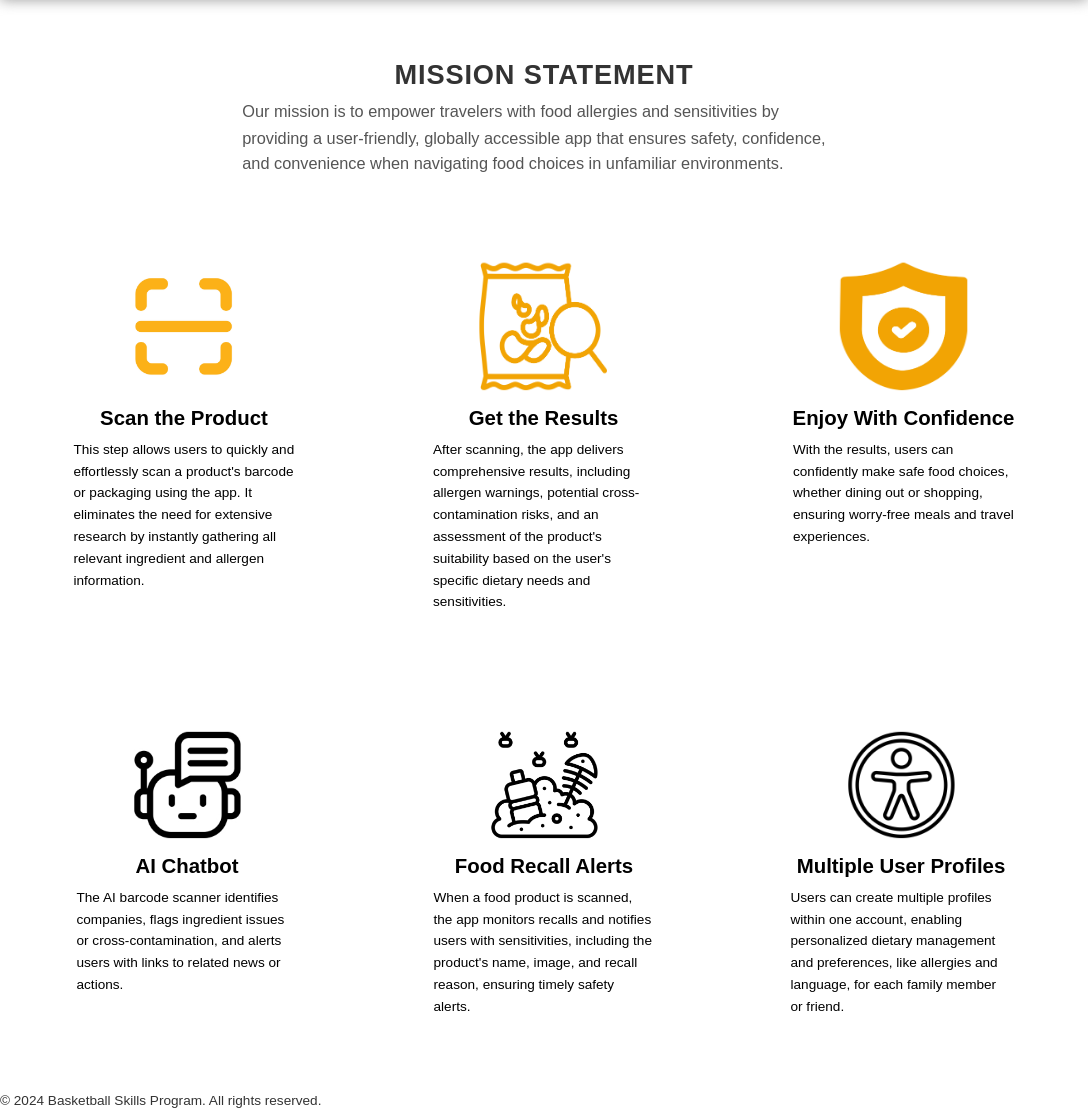
Repository: GavinPahal/landingpage
Page: /
These files come from the project's save history. The page is drawn as it stood at one moment and after the next save; the edit follows.
The browser window is 1280 px wide. The pictures show the part of the page from y = 720 to 2024 px (the page is 2024 px tall before and 1995 px after), at 85% of full size.
The project was rebuilt for these pictures with package versions that can differ from the ones it lists, and the page was loaded fresh each time. The framework's server and built-in components were replaced by stand-ins that run in the browser. Also part of the build but not shown: next.config.mjs.

Above is the page before, as saved 2024-11-28 17:59:51.

### pages/_app.js
// pages/_app.js
import "@/styles/globals.css"; // Import the global CSS file

function MyApp({ Component, pageProps }) {
  return <Component {...pageProps} />;
}

export default MyApp;

### pages/index.js
// pages/index.js
import Hero from "../components/Hero";
import Features from "../components/Features";
import Footer from "../components/Footer";
import Product from "../components/Product"

export default function Home() {
  return (
    <div>
      <Hero />
      <Features />
      <Product />
      <Footer />
    </div>
  );
}

### styles/globals.css
/* Global Styles */
* {
  margin: 0;
  padding: 0;
  box-sizing: border-box;
}

body {
  font-family: Arial, sans-serif;
  color: #333;
  overflow-x: hidden; /* Prevent horizontal overflow */
}

/* Hero Section */
.hero {
  display: flex; /* Use flexbox to align elements */
  position: relative;
  height: 100vh;
  width: 100%; /* Ensure the hero section spans the full width */
  background-color: #2d2d2d; /* Dark background to contrast with the image */
}

.imageWrapper {
  position: relative;
  width: 100%; /* Left side takes full width */
  height: 100%;
}

.imageContainer {
  position: absolute;
  top: 0;
  left: 0;
  width: 100%;
  height: 100%;
  filter: blur(8px); /* Add blur effect to the image */
  object-fit: cover;
}

.overlay {
  position: absolute;
  top: 0;
  left: 0;
  width: 100%;
  height: 100%;
  background: rgba(0, 0, 0, 0.6); /* Dark overlay to ensure text stands out */
  color: white;
  display: flex;
  flex-direction: column;
  justify-content: center;
  align-items: flex-start;
  padding: 60px 40px; /* Increased padding for more space */
  text-align: left;
}

.heroTitle {
  display: flex;
  align-items: center; /* Align logo and title horizontally */
  margin-bottom: 40px; /* Space between title and the rest of the content */
  position: relative; /* Allow positioning adjustments */
  top: -80px; /* Move the logo and title even higher */
}

.heroTitle img {
  margin-right: 20px; /* Add space between logo and title */
}

.heroTitle h1 {
  font-size: 2rem; /* Bigger font for app name */
  font-weight: bold;
  color: #ffffff; /* Bright color to stand out */
  text-transform: uppercase;
}

.tagline {
  font-size: 5rem; /* Make "BEST NATURE APP" 5rem */
  font-weight: bold;
  margin-bottom: 0; /* Remove extra space between the lines */
  color: #ffffff; /* Striking color */
  text-shadow: 3px 3px 5px rgba(0, 0, 0, 0.8); /* Enhanced text visibility */
  line-height: 1.1; /* Adjust line-height to decrease space between lines */
  letter-spacing: 1.5px;
  display: block;
  max-width: 100%; /* Ensure text doesn't overflow */
}

.bestNature {
  display: block;
  font-size: 3rem; /* Adjust to smaller font size for the first part */
}

.appEver {
  display: block;
  margin-top: 0;
  font-size: 3rem;
}

.subTagline {
  font-size: 1.2rem;
  margin-top: 20px;
  margin-bottom: 40px;
  line-height: 1.6;
  max-width: 650px;
  color: white;
  letter-spacing: 0.5px;
  text-align: left;
}

.demoText {
  display: block;
  font-size: 1.4rem;
  font-weight: bold;
}

.natureText {
  display: block;
  font-size: 1.2rem;
  margin-top: 10px;
  font-style: italic;
  letter-spacing: 0.3px;
}

/* CTA Button */
.ctaButton {
  background-color: #00C9A2;
  color: #ffffff;
  padding: 15px 40px;
  font-size: 1.4rem;
  border: none;
  border-radius: 50px;
  text-align: center;
  margin-top: 60px;
  cursor: pointer;
  transition: background-color 0.3s, transform 0.3s;
  text-decoration: none;
}

.ctaButton:hover {
  background-color: #035343;
}

.ctaButton:focus {
  outline: none;
}

.rightImageWrapper {
  position: absolute;
  left: 62%;
  bottom: 20px;
  width: 400px;
  height: auto;
  z-index: 2;
  margin-top: 100px;
}

.rightImageContainer {
  position: relative;
  width: 100%;
  height: 100%;
}

.rightImageContainer img {
  width: 100%;
  height: auto;
  border-radius: 8px;
  object-fit: cover;
}

.features {
  padding: 50px 20px;
  text-align: center;
}
.features h2 {
  font-size: 2.5rem;
  font-weight: bold;
  color: #ffffff;
  margin-bottom: 30px;
  text-transform: uppercase;
  letter-spacing: 1px;
}

.infoCards {
  display: flex;
  flex-wrap: wrap;
  justify-content: space-around;
  gap: 30px;
  margin-bottom: 40px;
}

.card {
  text-align: center;
  margin: 0 auto; /* Ensure cards are centered */
}

.card:first-child { /* Target the first feature card */
  max-width: 400px; /* Restrict width for a cleaner layout */
  margin: 20px auto; /* Center the card horizontally and add spacing */
}

.card:first-child p {
  text-align: left; /* Center-align the text for the first card */
  max-width: 280x; /* Ensure text does not overflow the card */
  margin: 0 auto;
}

.card img {
  margin-bottom: 15px;
}

.card h3 {
  font-size: 1.5rem;
  font-weight: 600;
  color: #000000;
  margin-bottom: 10px;
}

.card p {
  font-size: 1rem;
  line-height: 1.6;
  color: #000000;
  max-width: 260px;
  margin: 0 auto;
  text-align: left;
}

.text1 {
  font-size: 1rem;
  line-height: 1.6;
  color: #000000;
  max-width: 250px;
  margin: 0 auto;
  text-align: left;
}

.text2 {
  font-size: 1rem;
  line-height: 1.6;
  color: #000000;
  max-width: 250px;
  margin: 0 auto;
  text-align: left;
}

.missionStatement {
  text-align: center; /* Center the text */
  margin-bottom: 80px; /* Add some spacing below the mission statement */
  padding: 20px;
  border-radius: 8px; /* Rounded corners */
}

.missionStatement h2 {
  font-size: 2rem;
  font-weight: bold;
  color: #333;
  margin-bottom: 10px;
  font-weight: bold;
}

.missionStatement p {
  font-size: 1.2rem;
  line-height: 1.6;
  color: #555;
  max-width: 710px;
  margin: 0 auto;
  text-align: left;
}



@media (max-width: 1024px) {
  .hero {
    flex-direction: column; /* Stack elements vertically on smaller screens */
  }

  .overlay {
    padding: 40px 20px; /* Reduced padding for smaller screens */
    text-align: center; /* Center-align text on smaller screens */
  }

  .heroTitle {
    margin-bottom: 20px; /* Reduce space between the title and the tagline */
    top: 0; /* Reset top positioning for better alignment */
  }

  .tagline {
    font-size: 3rem; /* Decrease font size on smaller screens */
  }

  .bestNature, .appEver {
    font-size: 2.5rem; /* Smaller font size for better readability */
  }

  .subTagline {
    font-size: 1rem; /* Adjust subtagline font size for smaller screens */
    max-width: 100%; /* Allow full-width display */
    padding: 0 20px; /* Add padding to the sides */
  }

  .rightImageWrapper {
    left: 50%; /* Center the image on smaller screens */
    bottom: 10px;
    width: 300px; /* Reduce image size */
    margin-top: 60px;
  }
}

/* CTA Button Adjustments */
@media (max-width: 768px) {
  .ctaButton {
    padding: 12px 30px; /* Reduced padding for better proportion on small screens */
    font-size: 1.2rem; /* Smaller font size */
    width: 90%; /* Allow the button to take up more space on smaller screens */
    margin-top: 40px; /* Reduced top margin */
  }
}

/* Feature Section Adjustments */
@media (max-width: 768px) {
  .features {
    padding: 30px 20px; /* Reduce padding */
  }

  .features h2 {
    font-size: 2rem; /* Smaller font size for headings */
  }

  .infoCards {
    flex-direction: column; /* Stack cards vertically */
    align-items: center;
    gap: 20px; /* Reduced gap between cards */
  }

  .card {
    max-width: 90%; /* Ensure cards take full width on smaller screens */
    margin: 10px auto; /* Center the cards */
  }

  .card h3 {
    font-size: 1.2rem; /* Decrease font size */
  }

  .card p {
    font-size: 0.9rem; /* Smaller text for better readability */
  }
}

/* Final Adjustments */
@media (max-width: 480px) {
  .hero {
    height: auto; /* Allow the hero section to adjust to content */
  }

  .overlay {
    padding: 20px; /* Even smaller padding */
    text-align: center;
  }

  .tagline {
    font-size: 2.5rem; /* Further decrease tagline size */
  }

  .ctaButton {
    padding: 10px 20px; /* Smaller padding for mobile screens */
    font-size: 1rem; /* Reduce font size */
  }

  .features h2 {
    font-size: 1.6rem; /* Adjust feature section heading */
  }

  .card {
    max-width: 100%; /* Ensure the cards take full width */
  }

  .text1, .text2 {
    font-size: 0.9rem; /* Adjust text sizes for smaller screens */
  }
}

### components/Hero.js
import Image from "next/image";

export default function Hero() {
  return (
    <section className="hero">
      <div className="imageWrapper">
        <div className="imageContainer">
          <Image
            src="/images/grocey.jpg"
            alt="Nature Image"
            layout="fill"
            objectFit="cover"
          />
        </div>
        <div className="overlay">
          <div className="heroTitle">
            <Image
              src="/images/logo.webp"
              alt="Goldibite Logo"
              width={50}
              height={50}
            />
            <h1>Goldibite</h1>
          </div>
          <p className="tagline">
            <span className="bestNature">YOUR BUDDY FOR</span>
            <span className="appEver">FOOD SAFETY</span>
          </p>
          <p className="subTagline">
            <span className="demoText">Get a demo and try our new app.</span>
            <span className="natureText">
            The Right Bite, Every Time
            </span>
          </p>
          <a href="#demo" className="ctaButton">
            TRY DEMO
          </a>
        </div>
      </div>


      <div className="rightImageWrapper">
        <div className="rightImageContainer">
          <Image
            src="/images/phone.png"
            alt="New Image"
            layout="intrinsic"
            width={500}
            height={500}
          />
        </div>
      </div>
    </section>
  );
}

### components/Features.js
import Image from "next/image";

export default function Features() {
  return (
    <section className="features">
      {/* Mission Statement Section */}
      <div className="missionStatement">
        <h2>Mission Statement</h2>
        <p>
          Our mission is to empower travelers with food allergies and sensitivities by providing a user-friendly, globally accessible app that ensures safety, confidence, and convenience when navigating food choices in unfamiliar environments.
        </p>
      </div>

      {/* Features Cards Section */}
      <div className="infoCards">
        <div className="card" style={{ margin: "0 10px" }}>
          <Image
            src="/images/iconamoon_scanner (1).jpg"
            alt="Feature 1"
            width={150}
            height={150}
          />
          <h3>Scan the Product</h3>
          <p>
            This step allows users to quickly and effortlessly scan a product's barcode or packaging using the app.
            It eliminates the need for extensive research by instantly gathering all relevant ingredient and allergen information.
          </p>
        </div>
        <div className="card" style={{ margin: "0 10px" }}>
          <Image
            src="/images/magnifying.jpg"
            alt="Feature 2"
            width={150}
            height={150}
          />
          <h3>Get the Results</h3>
          <p>
            After scanning, the app delivers comprehensive results, including allergen warnings, potential cross-contamination risks,
            and an assessment of the product's suitability based on the user's specific dietary needs and sensitivities.
          </p>
        </div>
        <div className="card" style={{ margin: "0 10px" }}>
          <Image
            src="/images/Confident.jpg"
            alt="Feature 3"
            width={150}
            height={150}
          />
          <h3>Enjoy With Confidence</h3>
          <p>
            With the results, users can confidently make safe food choices, whether dining out or shopping,
            ensuring worry-free meals and travel experiences.
          </p>
        </div>
      </div>
    </section>
  );
}

### components/Footer.js
export default function Footer() {
    return (
      <footer className="footer">
        <p>&copy; 2024 Basketball Skills Program. All rights reserved.</p>
      </footer>
    );
  }

### components/Product.js
import Image from "next/image";

export default function Features() {
  return (
    <section className="features">
      <div className="infoCards" style={{ gap: "20px" }}>
        <div className="card" style={{ margin: "0 10px" }}>
          <Image
            src="/images/chatbot.jpg"
            alt="Feature 1"
            width={125}
            height={125}
          />
          <h3>AI Chatbot</h3>
          <p>
            The AI barcode scanner identifies companies, flags ingredient
            issues or cross-contamination, and alerts users with links to
            related news or actions.
          </p>
        </div>
        <div className="card" style={{ margin: "0 10px" }}>
          <Image
            src="/images/trash.jpg"
            alt="Feature 2"
            width={125}
            height={125}
          />
          <h3>Food Recall Alerts</h3>
          <p>
            When a food product is scanned, the app monitors recalls and
            notifies users with sensitivities, including the product's name,
            image, and recall reason, ensuring timely safety alerts.
          </p>
        </div>
        <div className="card" style={{ margin: "0 10px" }}>
          <Image
            src="/images/accessibility.png"
            alt="Feature 3"
            width={125}
            height={125}
          />
          <h3>Multiple User Profiles</h3>
          <p>
            Users can create multiple profiles within one account, enabling
            personalized dietary management and preferences,
            like allergies and  language, for each family member or friend.
          </p>
        </div>
      </div>
    </section>
  );
}

Loaded but not shown: pages/_document.js (common file)

After the next save:
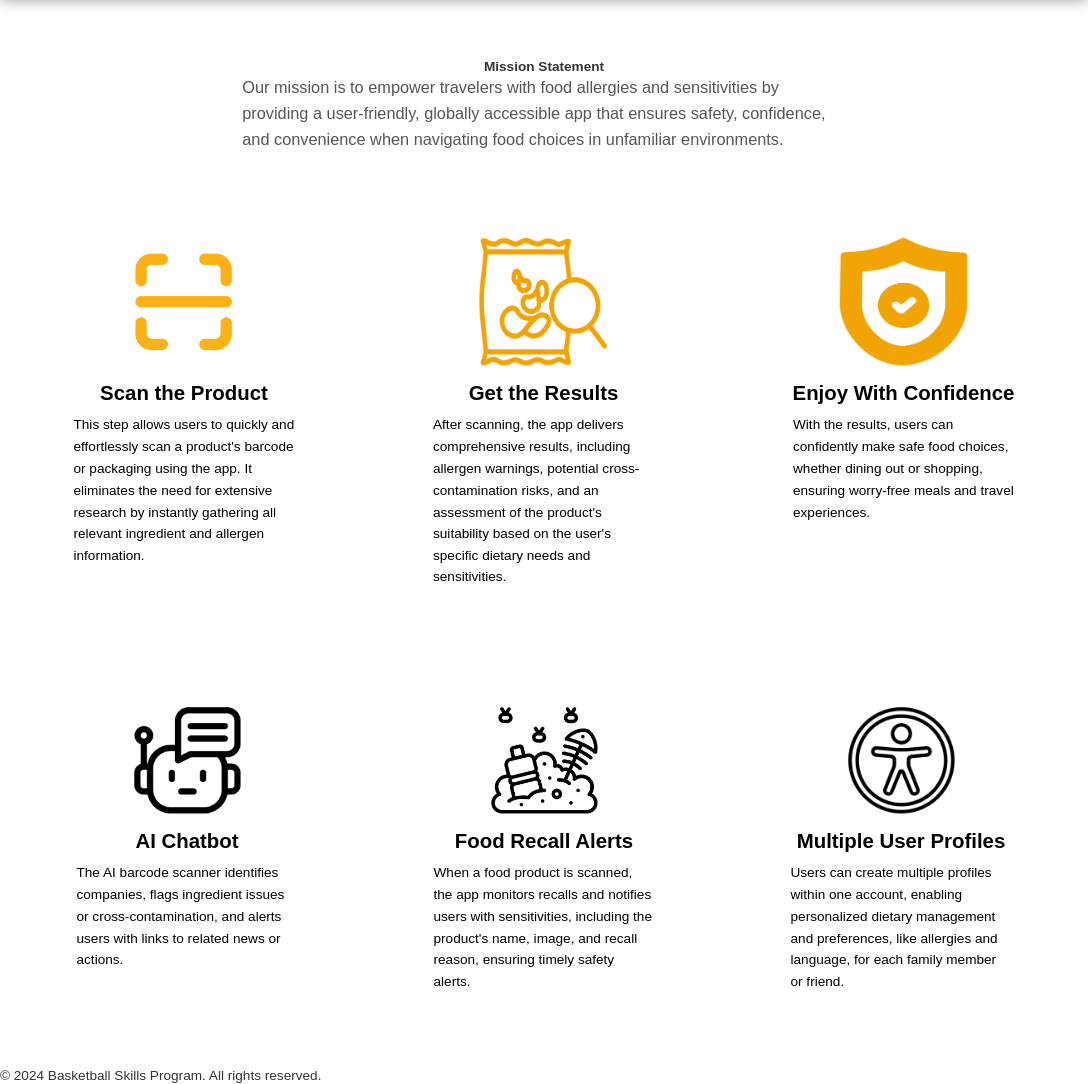
Saved 23 s later.
--- a/components/Features.js
+++ b/components/Features.js
@@ -5,7 +5,7 @@ export default function Features() {
     <section className="features">
       {/* Mission Statement Section */}
       <div className="missionStatement">
-        <h2>Mission Statement</h2>
+        <h4>Mission Statement</h4>
         <p>
           Our mission is to empower travelers with food allergies and sensitivities by providing a user-friendly, globally accessible app that ensures safety, confidence, and convenience when navigating food choices in unfamiliar environments.
         </p>
